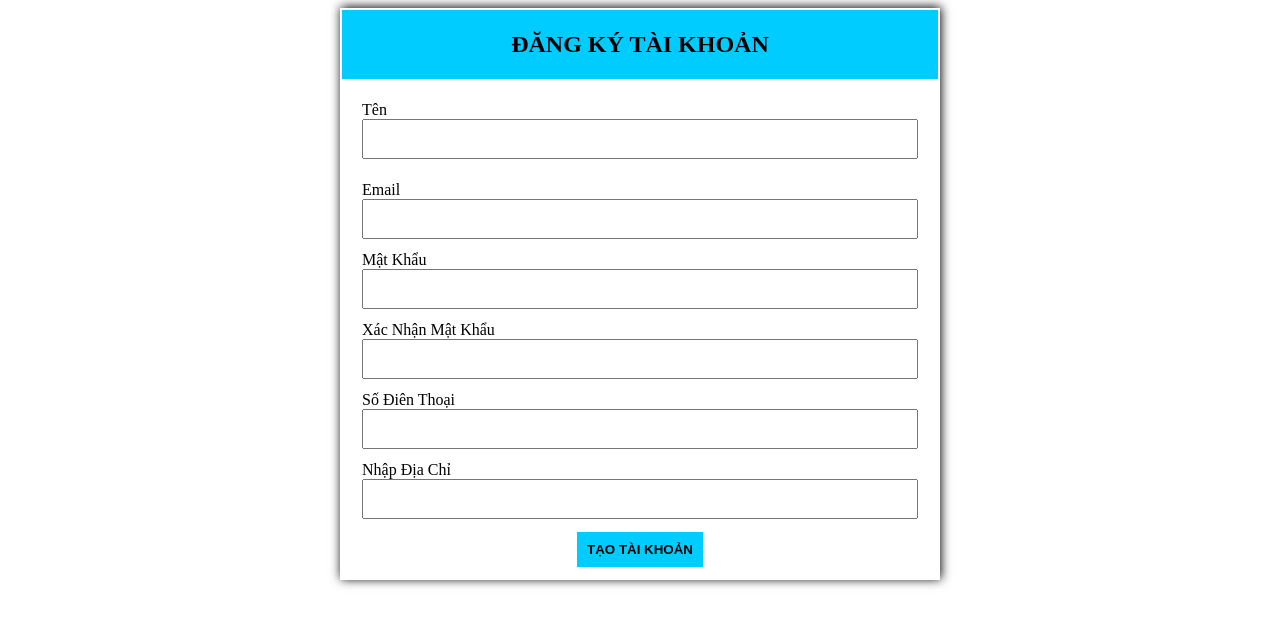
Repository: Tan-Khang21/TH_TKW--Buoi_04
Page: Bai_Tap_Ve_Nha/Bai_01/form7.html
An editor plug-in stored every save of this project. The page is shown before and after the next save, followed by the edit.
The browser window is 1280 px wide. The pictures show the whole page.

Above is the page before, as saved 2024-03-07 16:12:48.

After the next save:
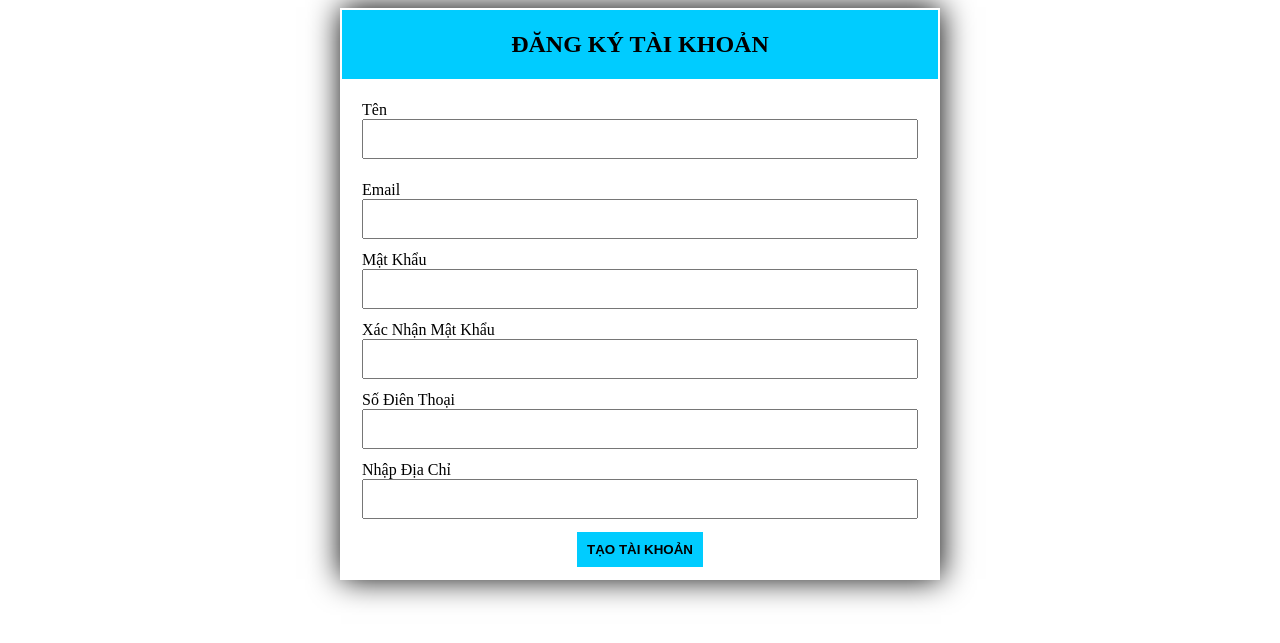
Saved 7 s later.
--- a/Bai_Tap_Ve_Nha/Bai_01/form7.html
+++ b/Bai_Tap_Ve_Nha/Bai_01/form7.html
@@ -6,7 +6,7 @@
     <title>Document</title>
   </head>
   <body>
-    <form style="width: 600px; margin: 0 auto; box-shadow: 1px -1px 10px black ;">
+    <form style="width: 600px; margin: 0 auto; box-shadow: 1px -1px 30px black ;">
       <table style="width: 600px">
         <tr>
           <th bgcolor="#00ccff">
